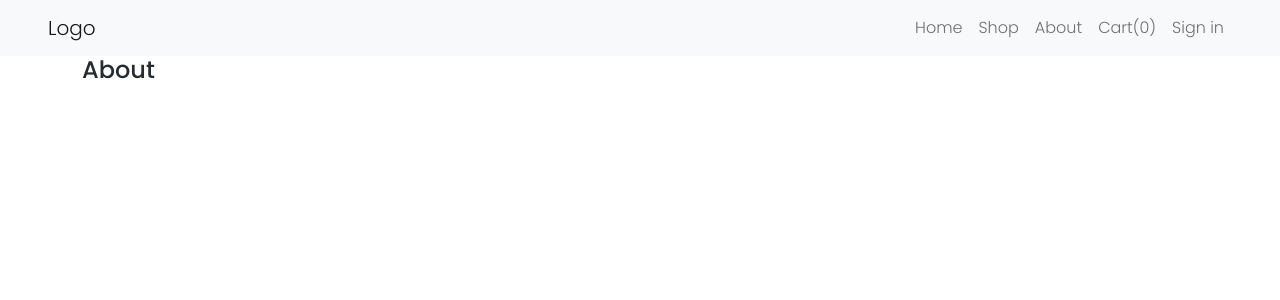
Repository: long13820/bookworm-app
Page: / (app in client/)
The author's editor kept a copy of each file at every save. The page is drawn from the files as they stood at one save, then again after a run of saves.
The browser window is 1280 px wide. The pictures show the whole page.
The project was rebuilt for these pictures with package versions that can differ from the ones it lists, and the page was loaded fresh each time. Also part of the build but not shown: client/src/components/layout/Home/Home.js.

Above is the page before, as saved 2022-06-25 13:31:49.

After the next 3 saves:
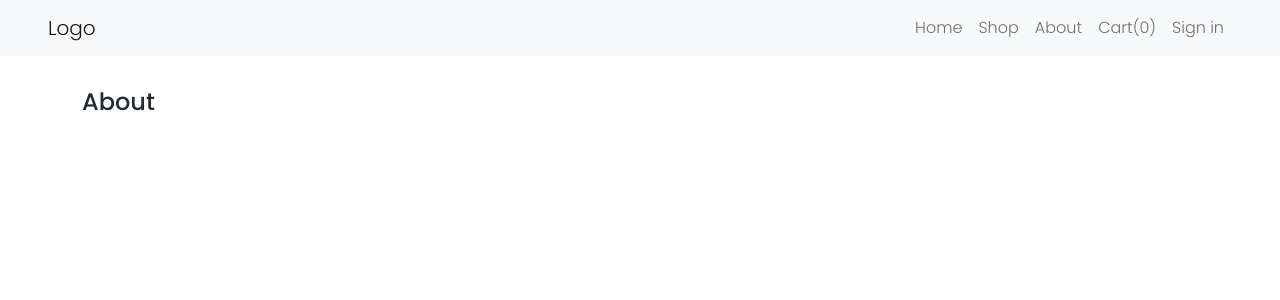
The 3 saves are shown as one change because they came seconds apart.
The last was saved 10 s later.
--- a/client/src/components/layout/Page-Title/page-title.css
+++ b/client/src/components/layout/Page-Title/page-title.css
@@ -1,3 +1,4 @@
 .title-page{
-    padding: ;
+    padding: 2rem 0;
+    border-bottom: 0.1;
 }
